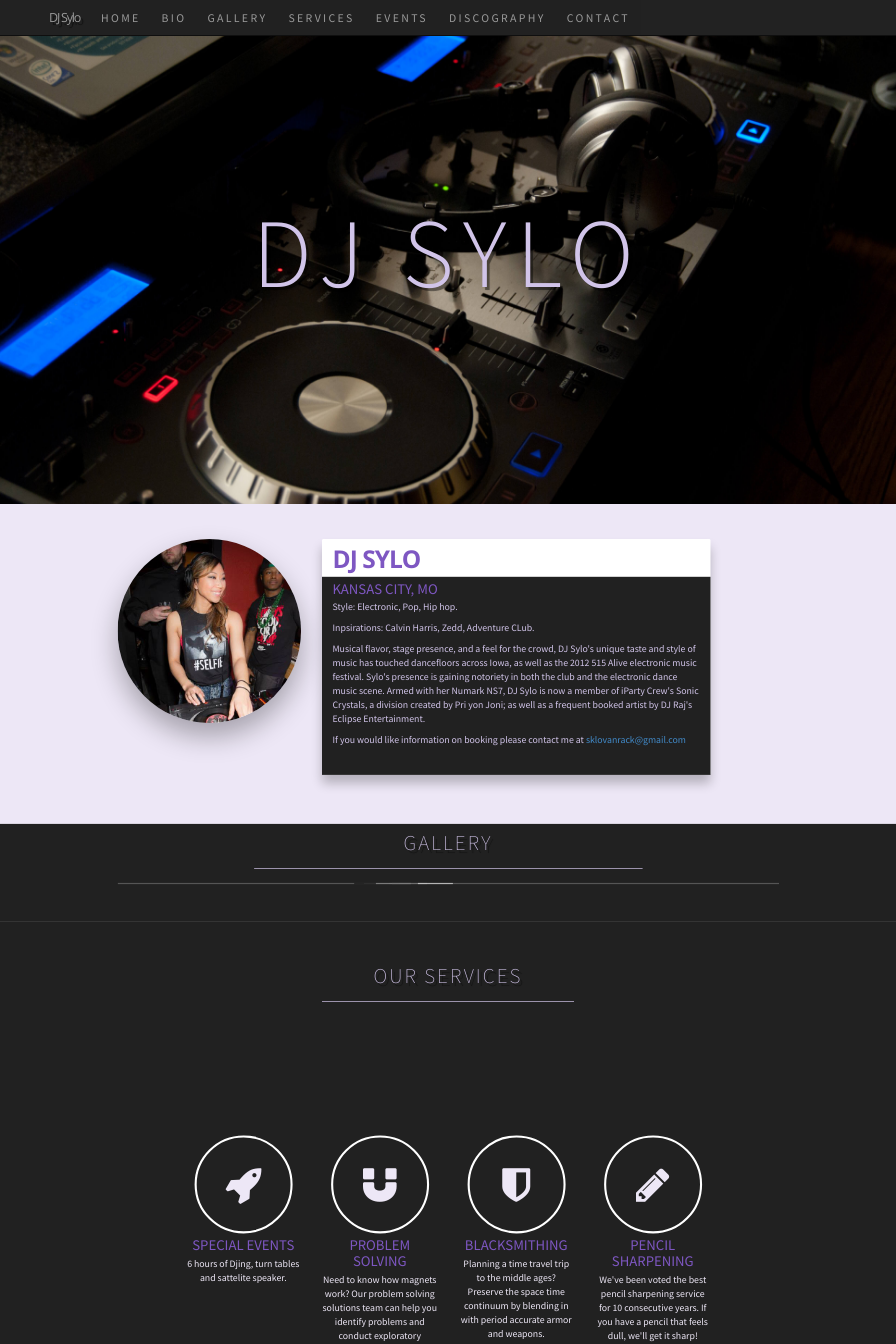
Repository: BambooXLotus/DjSylo
Page: client/index.html
The author's editor kept a record of every edit. The page is drawn from the files as they stood at one moment, then again after the next edit.
The browser window is 1280 px wide. The pictures show the part of the page from y = 0 to 1920 px (the page is 4202 px tall), at 70% of full size.
Pictures or frames that could not be fetched are drawn as grey boxes. Some icons come from a web library that is not loaded, so they are not drawn. Backgrounds fixed to the window are drawn as part of the page. Some web libraries are served in a nearby version.

Above is the page before.

After the next edit:
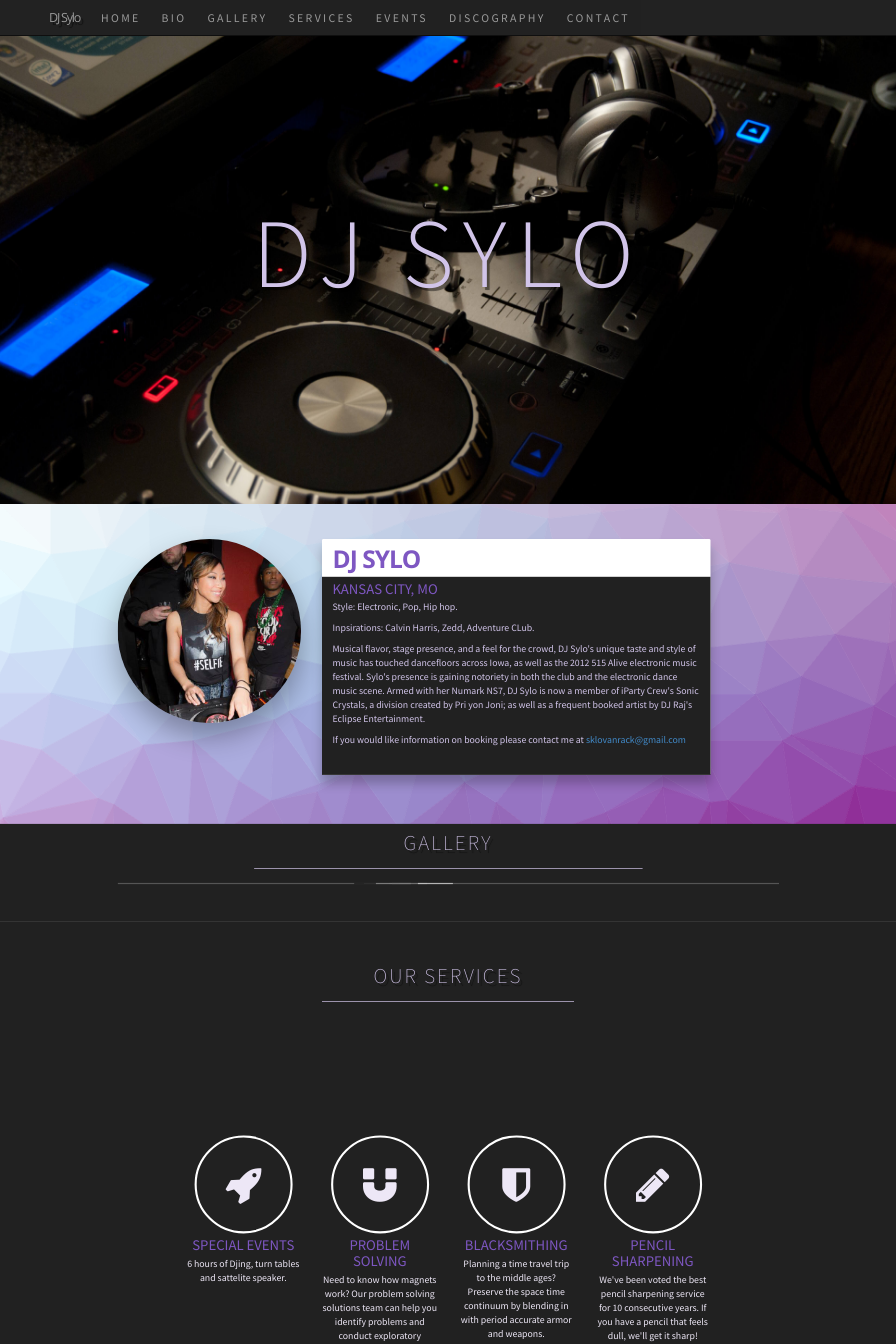
The edit:
--- a/client/css/stylish-portfolio.css
+++ b/client/css/stylish-portfolio.css
@@ -185,7 +185,7 @@
 /* About */
 
 .about {
-  background: #EDE7F6;
+  background-image: url(../svg/purp-sm-bg.svg);
   padding: 50px 0;
 }
 /* Gallery */
